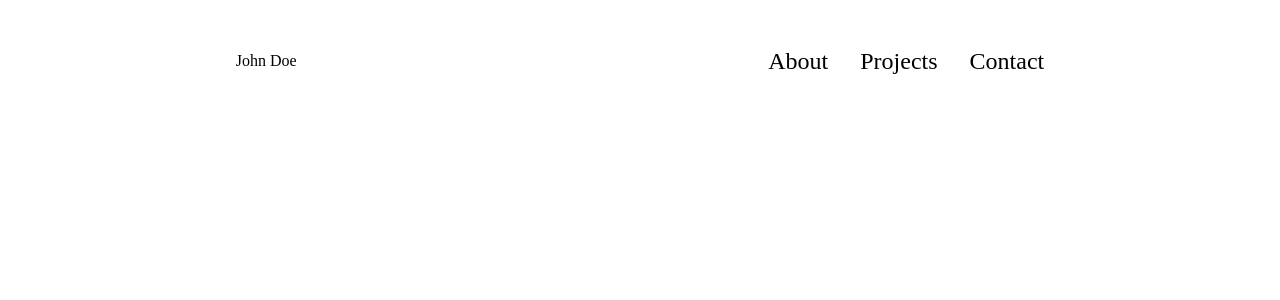
Repository: oliverli1728/portfolio
Page: index.html
The author's editor kept a copy of each file at every save. The page is drawn from the files as they stood at one save, then again after the next save.
The browser window is 1280 px wide. The pictures show the whole page.
Some web fonts or font styles are not loaded; a fallback is used.

Above is the page before, as saved 2025-09-25 19:57:23.

After the next save:
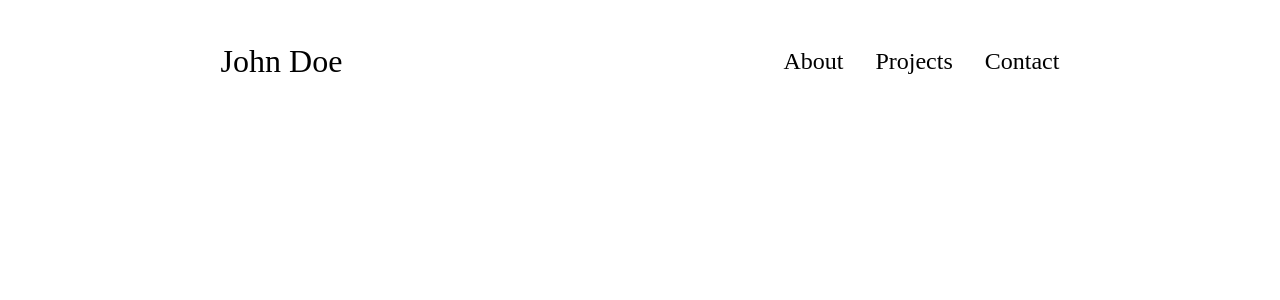
Saved 19 s later.
--- a/style.css
+++ b/style.css
@@ -59,3 +59,7 @@ a:hover {
     text-underline-offset: 0.5rem;
     text-decoration-color: (181, 181, 181);
 }
+
+.logo {
+    font-size: 2rem;
+}
